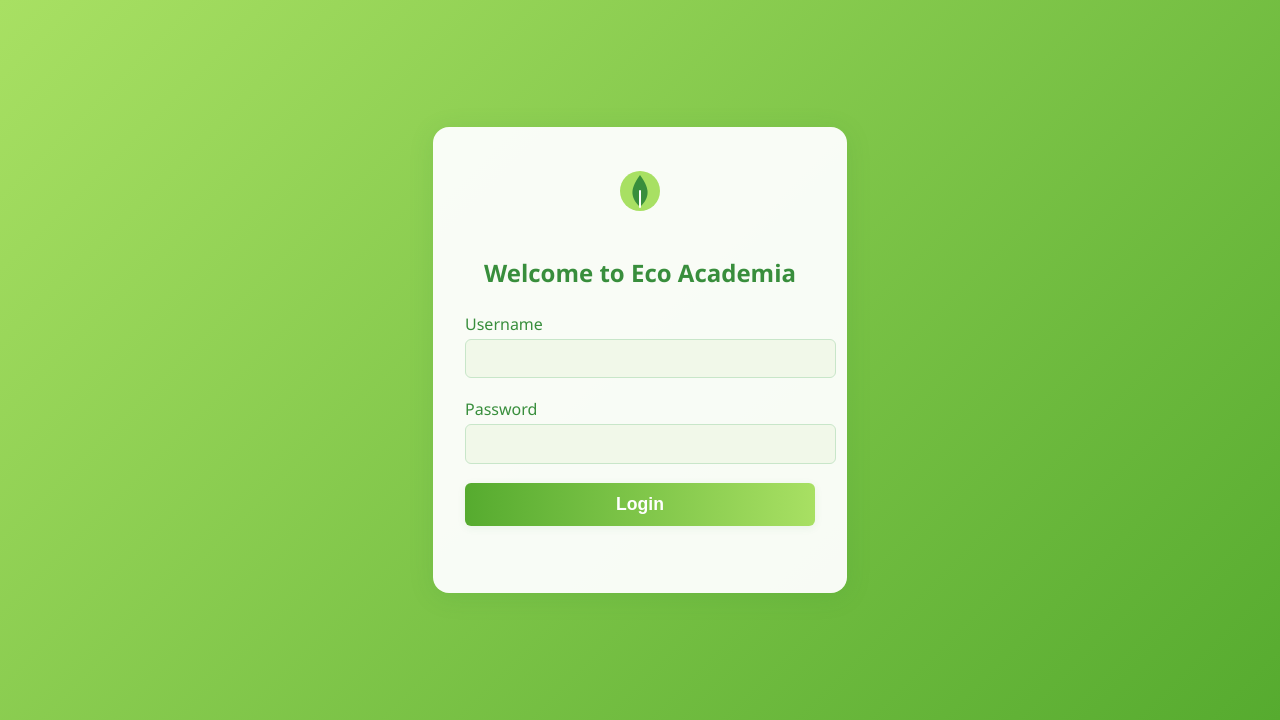
Repository: hotaruhshs/eco-academia
Page: login/index.html
The author's editor kept a copy of each file at every save. The page is drawn from the files as they stood at one save, then again after the next save.
The browser window is 1280 px wide. The pictures show the whole page.

Above is the page before, as saved 2025-07-06 01:02:17.

### login/index.html
<!DOCTYPE html>
<html lang="en">
<head>
    <meta charset="UTF-8">
    <meta name="viewport" content="width=device-width, initial-scale=1.0">
    <title>Eco Academia Login</title>
    <link rel="stylesheet" href="css/login.css">
</head>
<body>
    <div class="login-container">
        <div class="login-card">
            <div class="login-logo">
                <img src="images/leaf.svg" alt="Eco Academia Logo" height="48">
            </div>
            <h2>Welcome to Eco Academia</h2>
            <form id="loginForm">
                <div class="input-group">
                    <label for="username">Username</label>
                    <input type="text" id="username" name="username" required>
                </div>
                <div class="input-group">
                    <label for="password">Password</label>
                    <input type="password" id="password" name="password" required>
                </div>
                <button type="submit">Login</button>
            </form>
            <div id="loginMessage"></div>
        </div>
    </div>
    <script src="js/login.js"></script>
</body>
</html>

### login/css/login.css
/* Nature theme login page */
body {
    margin: 0;
    padding: 0;
    min-height: 100vh;
    font-family: 'Segoe UI', Arial, sans-serif;
    background: linear-gradient(135deg, #a8e063 0%, #56ab2f 100%);
    display: flex;
    align-items: center;
    justify-content: center;
}

.login-container {
    width: 100vw;
    height: 100vh;
    display: flex;
    align-items: center;
    justify-content: center;
}

.login-card {
    background: rgba(255,255,255,0.95);
    border-radius: 16px;
    box-shadow: 0 4px 24px rgba(56, 142, 60, 0.15);
    padding: 2.5rem 2rem 2rem 2rem;
    max-width: 350px;
    width: 100%;
    text-align: center;
    position: relative;
}

.login-logo img {
    margin-bottom: 1rem;
}

h2 {
    color: #388e3c;
    margin-bottom: 1.5rem;
}

.input-group {
    margin-bottom: 1.2rem;
    text-align: left;
}

.input-group label {
    display: block;
    margin-bottom: 0.3rem;
    color: #388e3c;
    font-weight: 500;
}

.input-group input {
    width: 100%;
    padding: 0.6rem;
    border: 1px solid #c8e6c9;
    border-radius: 6px;
    font-size: 1rem;
    background: #f1f8e9;
    transition: border 0.2s;
}

.input-group input:focus {
    border: 1.5px solid #388e3c;
    outline: none;
}

button[type="submit"] {
    width: 100%;
    padding: 0.7rem;
    background: linear-gradient(90deg, #56ab2f 0%, #a8e063 100%);
    color: #fff;
    border: none;
    border-radius: 6px;
    font-size: 1.1rem;
    font-weight: 600;
    cursor: pointer;
    box-shadow: 0 2px 8px rgba(56, 142, 60, 0.08);
    transition: background 0.2s;
}

button[type="submit"]:hover {
    background: linear-gradient(90deg, #388e3c 0%, #a8e063 100%);
}

#loginMessage {
    margin-top: 1rem;
    color: #d32f2f;
    min-height: 1.2em;
}

@media (max-width: 500px) {
    .login-card {
        padding: 1.5rem 0.7rem 1.2rem 0.7rem;
        max-width: 95vw;
    }
}

### login/images/leaf.svg
<svg width="48" height="48" viewBox="0 0 48 48" fill="none" xmlns="http://www.w3.org/2000/svg">
  <ellipse cx="24" cy="24" rx="20" ry="20" fill="#a8e063"/>
  <path d="M24 40C32 32 36 24 24 8C12 24 16 32 24 40Z" fill="#388e3c"/>
  <path d="M24 24L24 40" stroke="#fff" stroke-width="2" stroke-linecap="round"/>
</svg>

### login/js/login.js
// Simulate login for static prototype
const loginForm = document.getElementById('loginForm');
const loginMessage = document.getElementById('loginMessage');

loginForm.addEventListener('submit', function(e) {
    e.preventDefault();
    const username = document.getElementById('username').value.trim();
    const password = document.getElementById('password').value.trim();

    // Simulate login: accept any non-empty username/password
    if (username && password) {
        loginMessage.style.color = '#388e3c';
        loginMessage.textContent = 'Login successful! Redirecting...';
        setTimeout(() => {
            window.location.href = '../dashboard/index.html'; // Placeholder redirect
        }, 1200);
    } else {
        loginMessage.style.color = '#d32f2f';
        loginMessage.textContent = 'Please enter both username and password.';
    }
});

After the next save:
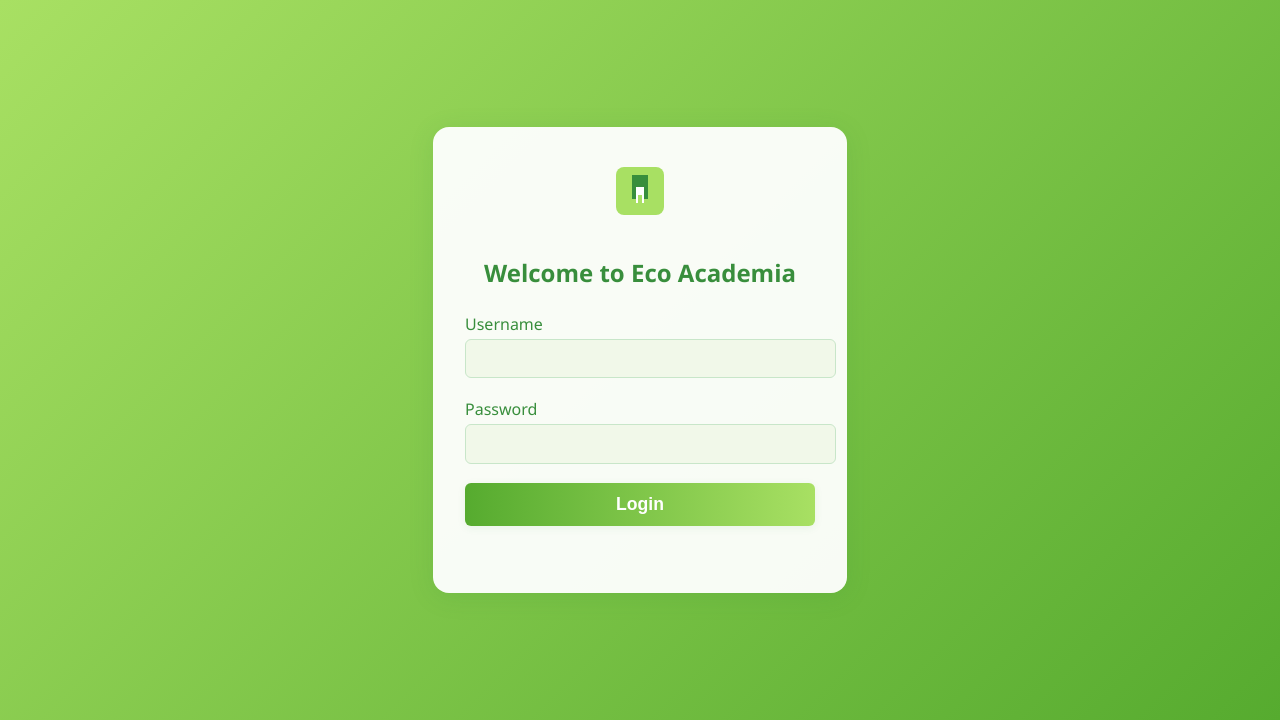
Saved 2 min 14 s later.
--- a/login/images/leaf.svg
+++ b/login/images/leaf.svg
@@ -1,5 +1,6 @@
 <svg width="48" height="48" viewBox="0 0 48 48" fill="none" xmlns="http://www.w3.org/2000/svg">
-  <ellipse cx="24" cy="24" rx="20" ry="20" fill="#a8e063"/>
-  <path d="M24 40C32 32 36 24 24 8C12 24 16 32 24 40Z" fill="#388e3c"/>
-  <path d="M24 24L24 40" stroke="#fff" stroke-width="2" stroke-linecap="round"/>
+  <rect width="48" height="48" rx="8" fill="#a8e063"/>
+  <rect x="16" y="8" width="16" height="24" fill="#388e3c"/>
+  <rect x="20" y="20" width="8" height="16" fill="#fff"/>
+  <rect x="22" y="28" width="4" height="8" fill="#a8e063"/>
 </svg>
